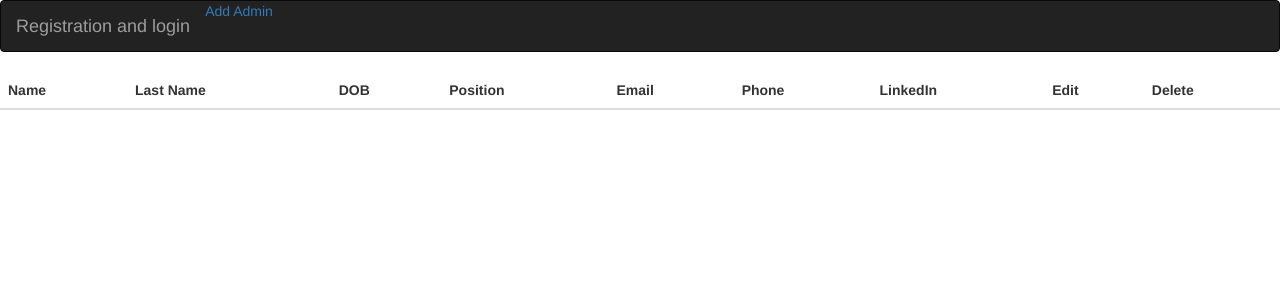
Repository: vinayvinay25794/RegistrationDemo
Page: http://localhost/allRegistrations
The author's editor kept a copy of each file at every save. The page is drawn from the files as they stood at one save, then again after the next save.
The browser window is 1280 px wide. The pictures show the whole page.
The page is this project's Thymeleaf template; nobody is signed in. The template is opened directly, without the code that normally fills it, so the values that code supplies are empty.

Above is the page before, as saved 2021-03-18 06:41:20.

### Hibernate/src/main/resources/templates/allRegistrations.html
<!DOCTYPE html>
<html xmlns:th="http://www.thymeleaf.org">
<head>
<meta charset="ISO-8859-1">
<title>Registration</title>
<link rel="stylesheet" href="https://maxcdn.bootstrapcdn.com/bootstrap/3.3.7/css/bootstrap.min.css" integrity="sha384-BVYiiSIFeK1dGmJRAkycuHAHRg32OmUcww7on3RYdg4Va+PmSTsz/K68vbdEjh4u" crossorigin="anonymous">

</head>
<body>



	<nav class="navbar navbar-inverse">
	  <div class="container-fluid">
	    <div class="navbar-header">
	      <button type="button" class="navbar-toggle " data-toggle="collapse" data-target="#navbar" arira-expanded="false" aria-contriols="navbar">
	        <span class="icon-bar"></span>
	        <span class="icon-bar"></span>
	        <span class="icon-bar"></span>
	      </button>
	      <a class="navbar-brand" href="#" th:href="@{/}">Registration and login</a>
	      <div class="nav navbar-nav navbar-right">
					<span><a href="/" th:href="@{/registration}">Add Admin</a></span>
				</div>

				<div id="navbar" class="nav navbar-nav navbar-right">
				<ul class="nav navbar-nav navbar-right">
					<li sec:authorize="isAuthenticated()"><a th:href="@{/logout}">Logout</a></li>
				</ul>
			</div>
	    </div>
	   </div>


	</nav>

	<table class="table table-hover">
    <thead>
        <tr>
            <th> Name </th>
           <th> Last Name </th>
            <th> DOB </th>
            <th> Position </th>
            <th> Email </th>
            <th> Phone </th>
            <th> LinkedIn </th>
            <th> Edit </th>
            <th> Delete </th>
        </tr>
    </thead>
    <tbody>
        <tr th:each="emp : ${allEmps}">
            <td><span th:text="${emp.firstName}"> firstName </span></td>
            <td><span th:text="${emp.lastName}"> lastName </span></td>
            <td><span th:text="${emp.dateOfBirth}"> dateOfBirth </span></td>
            <td><span th:text="${emp.applyingForPosition}"> applyingForPosition </span></td>
            <td><span th:text="${emp.emailId}"> emailId </span></td>
            <td><span th:text="${emp.phone}"> phone </span></td>
            <td><span th:text="${emp.LinkedIn}"> LinkedIn </span></td>
         	<td><a th:href="@{/edit/{id}(id=${emp.id})}">Edit</a></td>
            <td><a th:href="@{/delete/{id}(id=${emp.id})}">Delete</a></td>

        </tr>
    </tbody>
</table>


				<!--  <div>
					<span><a href="/" th:href="@{/registration}">Add Admin</a></span>
				</div>-->
				<!--  <div id="navbar" class="collapse navbar-collapse">
				<ul class="nav navbar-nav">
					<li sec:authorize="isAuthenticated()"><a th:href="@{/logout}">Logout</a></li>
				</ul>
			</div>-->
			<!--  <div id="navbar" class="collapse navbar-collapse">
				<ul class="nav navbar-nav">
					<li sec:authorize="isAuthenticated()"><a th:href="@{/logout}">Logout</a></li>
				</ul>
			</div>-->

</body>
</html>

After the next save:
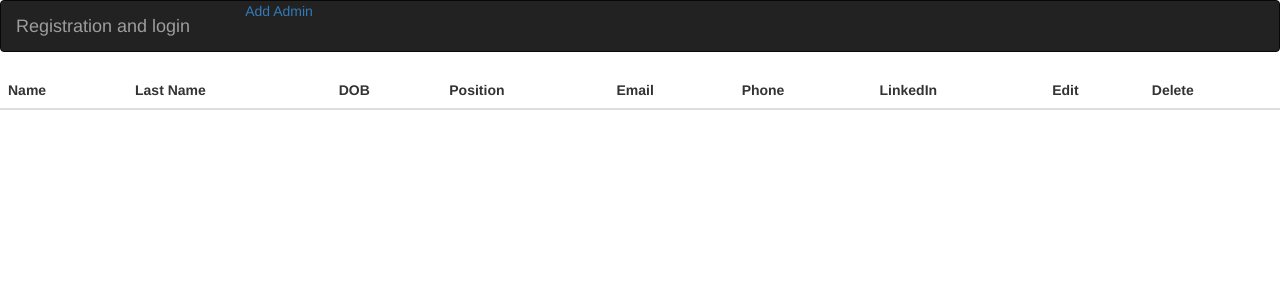
Saved 3 min 11 s later.
--- a/Hibernate/src/main/resources/templates/allRegistrations.html
+++ b/Hibernate/src/main/resources/templates/allRegistrations.html
@@ -24,7 +24,8 @@
 				</div>
 
 				<div id="navbar" class="nav navbar-nav navbar-right">
-				<ul class="nav navbar-nav navbar-right">
+				<ul >
+
 					<li sec:authorize="isAuthenticated()"><a th:href="@{/logout}">Logout</a></li>
 				</ul>
 			</div>
